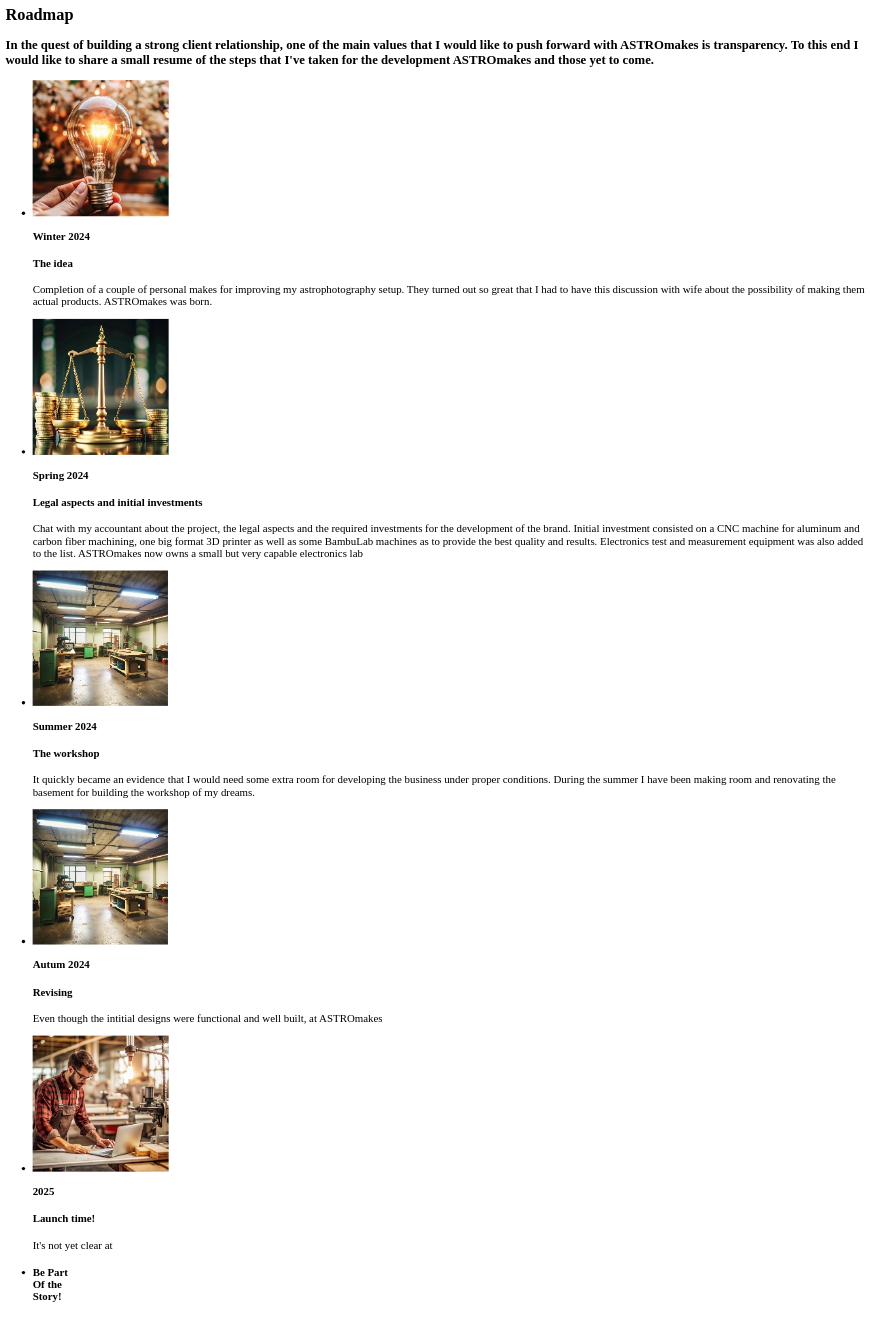
Repository: amazeika/astromakes-landing-page
Page: _includes/roadmap.html
The author's editor kept a copy of each file at every save. The page is drawn from the files as they stood at one save, then again after the next save.
The browser window is 1280 px wide. The pictures show the whole page, at 68% of full size.

Above is the page before, as saved 2024-07-20 22:06:43.

After the next save:
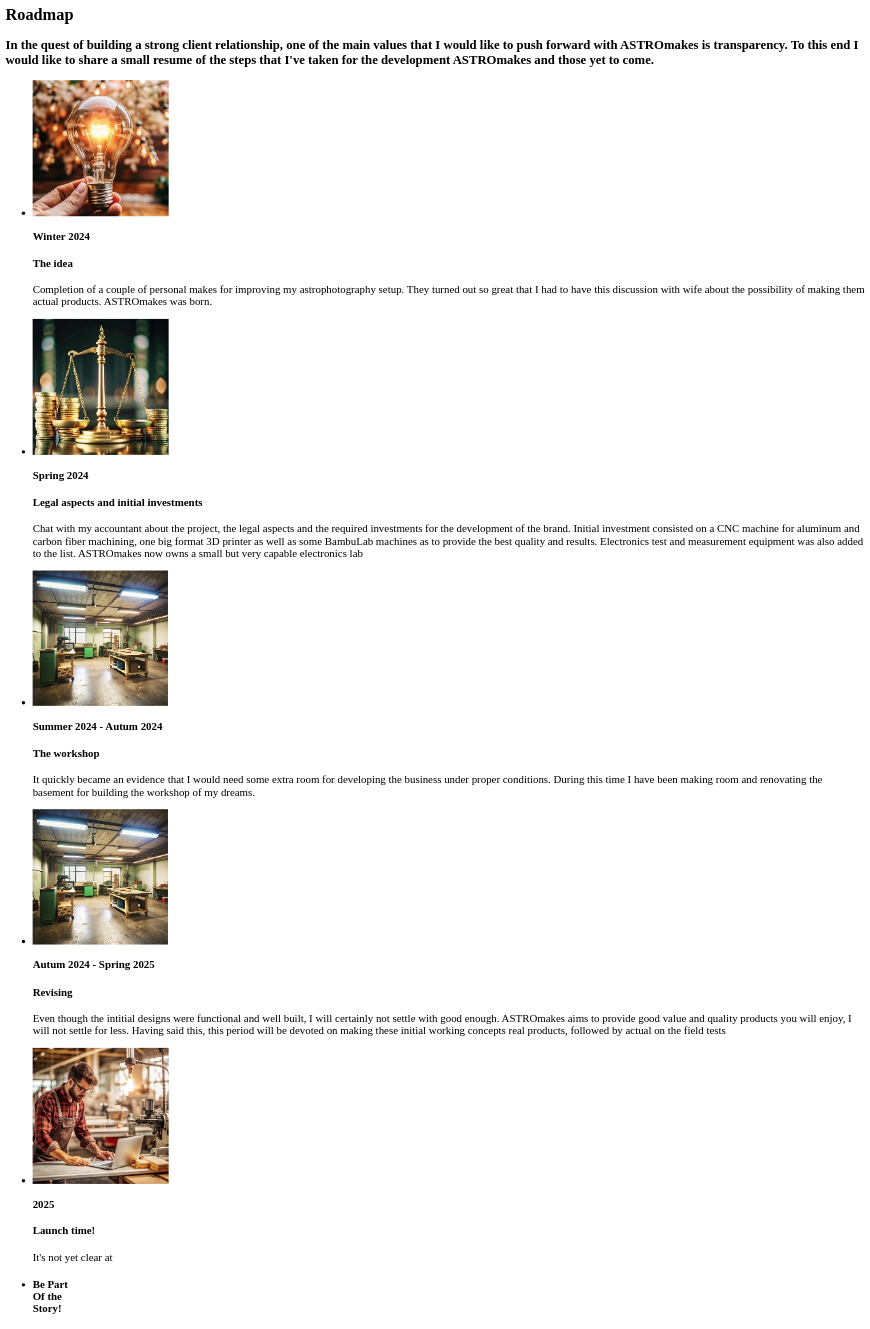
Saved 7 min 3 s later.
--- a/_includes/roadmap.html
+++ b/_includes/roadmap.html
@@ -44,11 +44,11 @@
                             </div>
                             <div class="timeline-panel">
                                 <div class="timeline-heading">
-                                    <h4>Summer 2024</h4>
+                                    <h4>Summer 2024 - Autum 2024</h4>
                                     <h4 class="subheading">The workshop</h4>
                                 </div>
                                 <div class="timeline-body">
-                                    <p class="text-muted">It quickly became an evidence that I would need some extra room for developing the business under proper conditions. During the summer I have been making room and renovating the basement for building the workshop of my dreams.</p>
+                                    <p class="text-muted">It quickly became an evidence that I would need some extra room for developing the business under proper conditions. During this time I have been making room and renovating the basement for building the workshop of my dreams.</p>
                                 </div>
                             </div>
                         </li>
@@ -58,11 +58,11 @@
                             </div>
                             <div class="timeline-panel">
                                 <div class="timeline-heading">
-                                    <h4>Autum 2024</h4>
+                                    <h4>Autum 2024 - Spring 2025</h4>
                                     <h4 class="subheading">Revising</h4>
                                 </div>
                                 <div class="timeline-body">
-                                    <p class="text-muted">Even though the intitial designs were functional and well built, at ASTROmakes </p>
+                                    <p class="text-muted">Even though the intitial designs were functional and well built, I will certainly not settle with good enough. ASTROmakes aims to provide good value and quality products you will enjoy, I will not settle for less. Having said this, this period will be devoted on making these initial working concepts real products, followed by actual on the field tests</p>
                                 </div>
                             </div>
                         </li>
